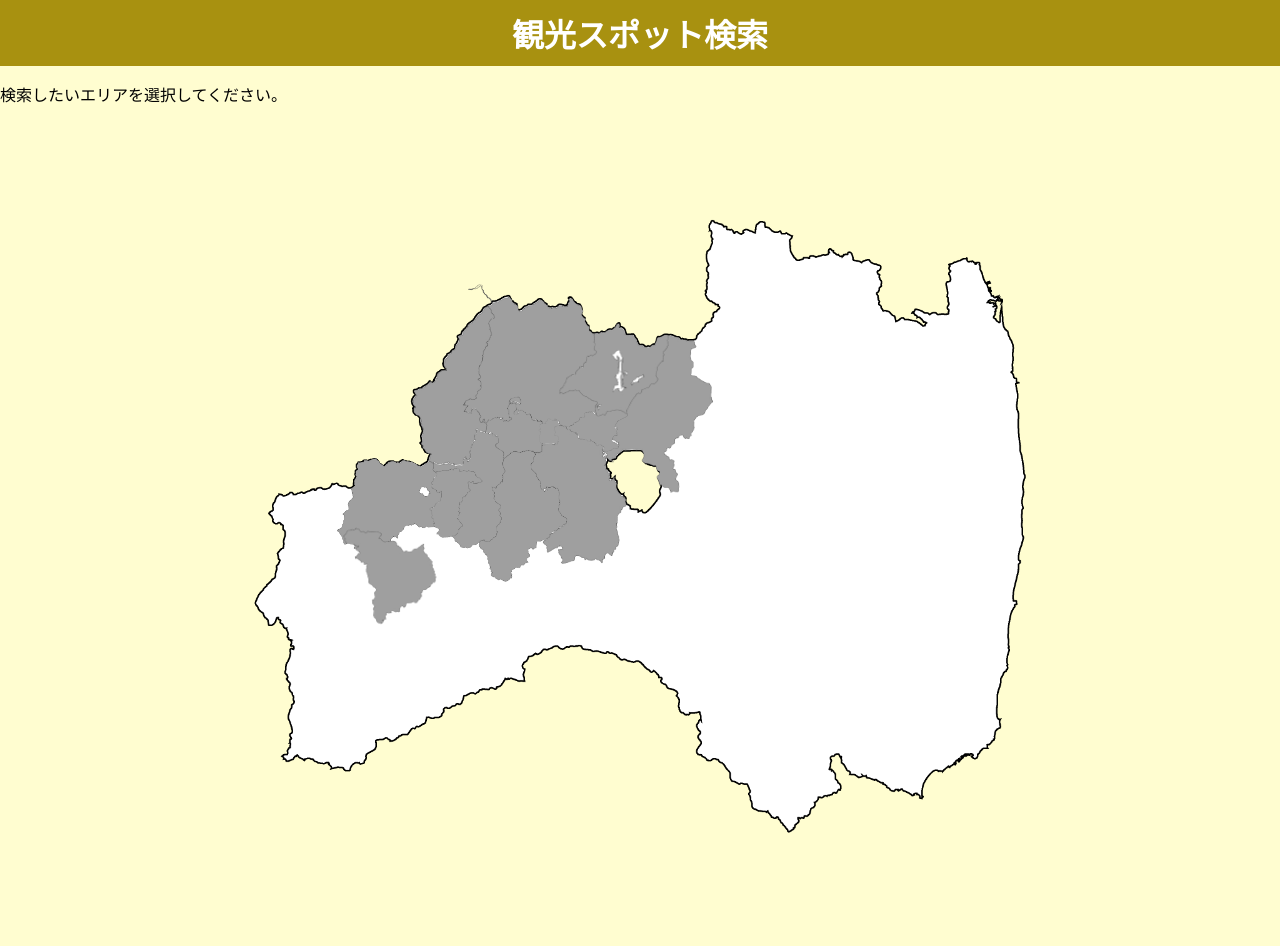
Repository: ryoutana/tanaryou.github.io
Page: Downloads/project/index.html
An editor plug-in stored every save of this project. The page is shown before and after a run of saves, followed by the edit.
The browser window is 1280 px wide. The pictures show the whole page.

Above is the page before, as saved 2025-04-29 14:12:31.

### Downloads/project/index.html
<!DOCTYPE html>
<html lang="ja">
<head>
    <meta charset="UTF-8">
    <meta name="viewport" content="width=device-width, initial-scale=1.0">
    <title>観光スポット検索</title>
    <link rel="stylesheet" href="styles.css">
</head>
<body>
    <header>
        <h1 id="pageTitle">観光スポット検索</h1>
    </header>
    <main>
        <section id="intro">
            <p id="introText">検索したいエリアを選択してください。</p>
            <div id="mapContainer">
                <img id="introImage" src="福島県白地図.png" alt="福島県の地図">
                <div id="spotContainer"></div>
            </div>
        </section>
    </main>
    <script src="script.js"></script>
</body>
</html>

### Downloads/project/styles.css
/* styles.css */

/* 全体のリセット */
body, html {
    margin: 0;
    padding: 0;
    box-sizing: border-box;
    background-color: #fffdd0; /* 背景色をクリーム色に設定 */
    font-family: Arial, sans-serif;
}

/* ヘッダーのスタイル */
header {
    text-align: center;
    background-color: #a89110; /* ゴールド系の背景色 */
    padding: 10px 0;
}

#pageTitle {
    font-size: 2em;
    margin: 0;
    color: #fff; /* 白文字 */
}

/* 地図全体のコンテナ */
#mapContainer {
    position: relative;
    width: 80%; /* 地図の幅を画面幅に応じて調整 */
    max-width: 800px;
    margin: 20px auto;
    overflow: hidden;
    text-align: center;
}

#introImage {
    width: 100%; /* 地図画像を親要素にフィットさせる */
    height: auto;
    display: block;
    margin: 0 auto;
    z-index: 1;
}

/* スポット画像のコンテナ */
#spotContainer {
    position: absolute;
    top: 0;
    left: 0;
    width: 100%;
    height: 100%;
    z-index: 2;
}

/* スポット画像のスタイル */
.spot-image {
    position: absolute;
    transform: translate(-50%, -50%); /* 中心基準で配置 */
    cursor: pointer;
    transition: filter 0.3s ease;
    filter: brightness(0.8) saturate(0); /* デフォルトで薄い灰色 */
}

.spot-image:hover {
    filter: brightness(1.2) hue-rotate(90deg); /* カーソルが乗ると黄緑 */
}

.spot-image.active {
    filter: brightness(1) hue-rotate(120deg) saturate(2); /* クリックでしっかり緑 */
}

### Downloads/project/script.js
// script.js

// スポットデータ（座標は地図画像内の相対的なピクセル位置）
const spots = [
    { name: '会津坂下町', img: '会津坂下町(白地図).png', x: 275, y: 303, width: 78 },
    { name: '会津若松市', img: '会津若松市(白地図).png', x: 337, y: 368, width: 158 },
    { name: '会津美里町', img: '会津美里町(白地図).png', x: 283, y: 390, width: 149 },
    { name: '喜多方市', img: '喜多方市(白地図).png', x: 291, y: 230, width: 170 },
    { name: '金山町', img: '金山町(白地図).png', x: 150, y: 381, width: 133 },
    { name: '三島町', img: '三島町(白地図).png', x: 216, y: 377, width: 83 },
    { name: '昭和村', img: '昭和村(白地図).png', x: 150, y: 450, width: 120 },
    { name: '西会津町', img: '西会津町(白地図).png', x: 214, y: 260, width: 180 },
    { name: '猪苗代町', img: '猪苗代町(白地図).png', x: 418, y: 288, width: 178 },
    { name: '湯川村', img: '湯川村(白地図).png', x: 309, y: 306, width: 32 },
    { name: '磐梯町', img: '磐梯町(白地図).png', x: 357, y: 304, width: 69 },
    { name: '北塩原村', img: '北塩原村(白地図).png', x: 374, y: 244, width: 123 },
    { name: '柳津町', img: '柳津町(白地図).png', x: 229, y: 363, width: 134 }
];

// スポットを動的に生成
function generateSpots() {
    const spotContainer = document.getElementById('spotContainer');
    const mapContainer = document.getElementById('mapContainer');

    if (!spotContainer || !mapContainer) {
        console.error('Error: 必要な要素が見つかりません。');
        return;
    }

    const mapWidth = mapContainer.offsetWidth; // 地図の幅
    const mapHeight = mapContainer.offsetHeight; // 地図の高さ

    spots.forEach(spot => {
        const img = document.createElement('img');
        img.src = spot.img;
        img.alt = spot.name;
        img.style.width = `${(spot.width / 800) * mapWidth}px`; // 幅を地図のサイズに比例させる
        img.style.left = `${(spot.x / 800) * mapWidth}px`; // x座標を地図のサイズに比例させる
        img.style.top = `${(spot.y / 800) * mapHeight}px`; // y座標を地図のサイズに比例させる
        img.classList.add('spot-image');

        // クリックイベントで色を変更
        img.addEventListener('click', () => {
            if (img.classList.contains('active')) {
                img.classList.remove('active'); // 緑から灰色に戻す
            } else {
                img.classList.add('active'); // 緑にする
            }
        });

        spotContainer.appendChild(img);
    });
}

// 初期化処理
function init() {
    generateSpots();
    console.log('スポット画像の生成が完了しました。');
}

// ページ読み込み時に初期化
window.onload = init;

After the next 8 saves:
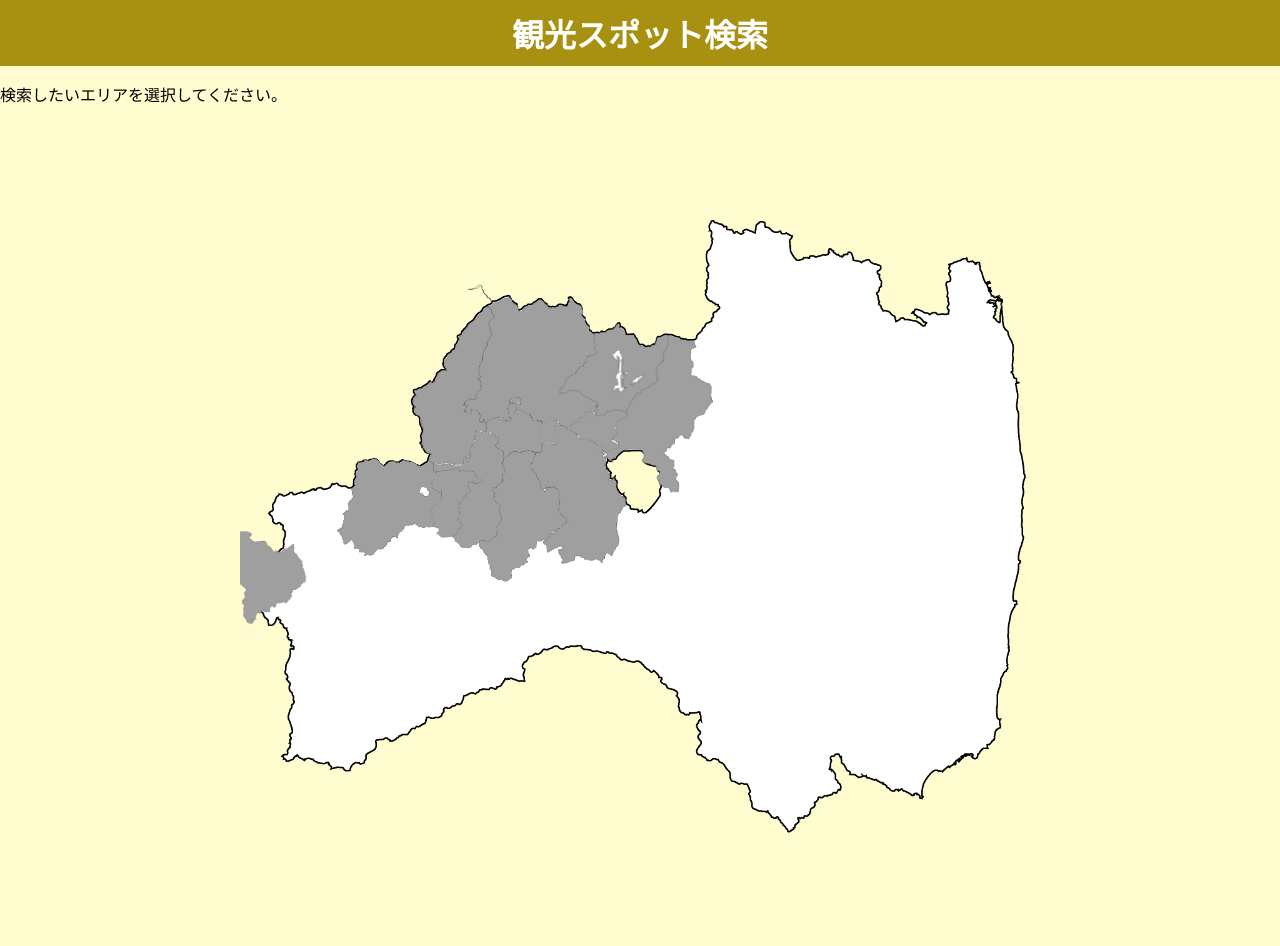
The 8 saves are shown as one change because they came seconds apart.
The last was saved 20 s later.
--- a/Downloads/project/script.js
+++ b/Downloads/project/script.js
@@ -8,7 +8,7 @@ const spots = [
     { name: '喜多方市', img: '喜多方市(白地図).png', x: 291, y: 230, width: 170 },
     { name: '金山町', img: '金山町(白地図).png', x: 150, y: 381, width: 133 },
     { name: '三島町', img: '三島町(白地図).png', x: 216, y: 377, width: 83 },
-    { name: '昭和村', img: '昭和村(白地図).png', x: 150, y: 450, width: 120 },
+    { name: '昭和村', img: '昭和村(白地図).png', x: 20, y: 450, width: 120 },
     { name: '西会津町', img: '西会津町(白地図).png', x: 214, y: 260, width: 180 },
     { name: '猪苗代町', img: '猪苗代町(白地図).png', x: 418, y: 288, width: 178 },
     { name: '湯川村', img: '湯川村(白地図).png', x: 309, y: 306, width: 32 },
